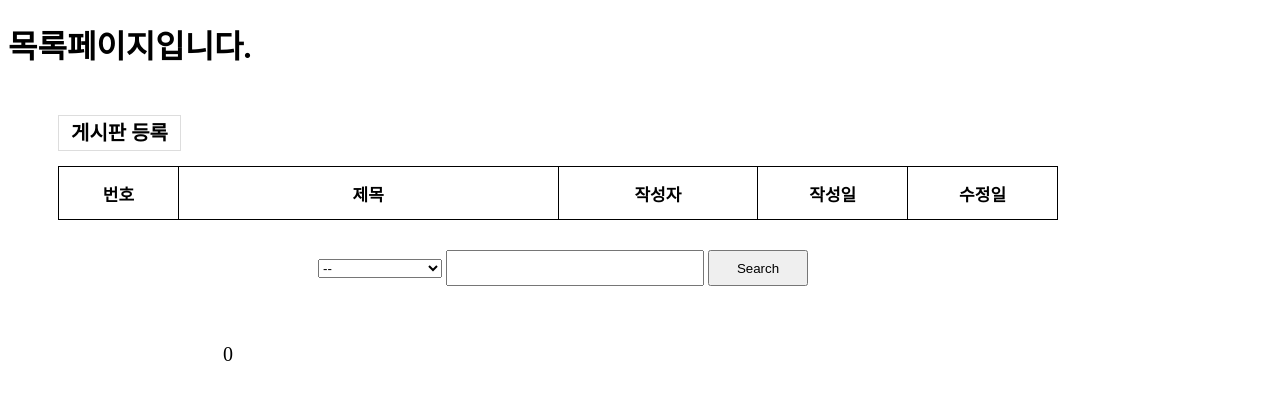
Repository: KwonIII/Board
Page: http://localhost/Koo_Board/WEB-INF/views/board/list.jsp
The author's editor kept a copy of each file at every save. The page is drawn from the files as they stood at one save, then again after the next save.
The browser window is 1280 px wide. The pictures show the whole page.
The page is served by Tomcat 9. Nobody is signed in. Other server files are loaded and not shown. The template is opened directly, without the code that normally fills it, so the values that code supplies are empty.

Above is the page before, as saved 2024-02-08 12:32:33.

### Koo_Board/src/main/webapp/WEB-INF/views/board/list.jsp
<%@ page language="java" contentType="text/html; charset=UTF-8"
	pageEncoding="UTF-8"%>
<%@ taglib uri="http://java.sun.com/jsp/jstl/core" prefix="c"%>
<!-- 라이브러리 코드 -->
<%@ taglib prefix="fmt" uri="http://java.sun.com/jsp/jstl/fmt"%>
<!DOCTYPE html>
<html>
<head>
<meta charset="UTF-8">
<title>Insert title here</title>
<script src="https://code.jquery.com/jquery-3.4.1.js"
	integrity="sha256-WpOohJOqMqqyKL9FccASB9O0KwACQJpFTUBLTYOVvVU="
	crossorigin="anonymous"></script>

<style>
a {
	text-decoration: none;
}

table {
	border-collapse: collapse;
	width: 1000px;
	margin-top: 20px;
	text-align: center;
}

td, th {
	border: 1px solid black;
	height: 50px;
}

th {
	font-size: 17px;
}

thead {
	font-weight: 700;
}

.table_wrap {
	margin: 50px 0 0 50px;
}

.bno_width {
	width: 12%;
}

.writer_width {
	width: 20%;
}

.regdate_width {
	width: 15%;
}

.updatedate_width {
	width: 15%;
}

.top_btn {
	font-size: 20px;
	padding: 6px 12px;
	background-color: #fff;
	border: 1px solid #ddd;
	font-weight: 600;
}

  .pageInfo{
      list-style : none;
      display: inline-block;
    margin: 50px 0 0 100px;
  }
  .pageInfo li{
      float: left;
    font-size: 20px;
    margin-left: 18px;
    padding: 7px;
    font-weight: 500;
  }
 a:link {color:black; text-decoration: none;}
 a:visited {color:black; text-decoration: none;}
 a:hover {color:black; text-decoration: underline;}
 .active{
 	background-color:#cdd5ec;
 }
  .search_area{
    display: inline-block;
    margin-top: 30px;
    margin-left: 260px;
  }
  .search_area input{
      height: 30px;
    width: 250px;
  }
  .search_area button{
     width: 100px;
    height: 36px;
  }
</style>
</head>
<body>
	<h1>목록페이지입니다.</h1>
	<div class="table_wrap">
		<a href="/board/enroll" class="top_btn">게시판 등록</a>
		<table>
			<thead>
				<tr>
					<th class="bno_width">번호</th>
					<th class="title_width">제목</th>
					<th class="writer_width">작성자</th>
					<th class="regdate_width">작성일</th>
					<th class="updatedate_width">수정일</th>
				</tr>
			</thead>
			<c:forEach items="${list}" var="list">
				<tr>
					<td><c:out value="${list.bno}" /></td>
					<td>
					<a class="move" href='<c:out value="${list.bno}"/>'>
						<c:out value="${list.title}" />
					</a>
					</td>
					<td><c:out value="${list.writer}" /></td>
					<td><fmt:formatDate pattern="yyyy/MM/dd"
							value="${list.regdate}" /></td>
					<td><fmt:formatDate pattern="yyyy/MM/dd"
							value="${list.updateDate}" /></td>
				</tr>
			</c:forEach>
		</table>

		<div class="search_wrap">
			<div class="search_area">
				<select name="type">
					<option value="" <c:out value="${pageMaker.cri.type == null?'selected':'' }"/>>--</option>
					<option value="" <c:out value="${pageMaker.cri.type eq 'T'?'selected':'' }"/>>제목</option>
					<option value="" <c:out value="${pageMaker.cri.type eq 'C'?'selected':'' }"/>>내용</option>
					<option value="" <c:out value="${pageMaker.cri.type eq 'W'?'selected':'' }"/>>작성자</option>
					<option value="" <c:out value="${pageMaker.cri.type eq 'TC'?'selected':'' }"/>>제목+내용</option>
					<option value="" <c:out value="${pageMaker.cri.type eq 'TW'?'selected':'' }"/>>제목+작성자</option>
					<option value="" <c:out value="${pageMaker.cri.type eq 'TCW'?'selected':'' }"/>>제목+내용+작성자</option>
				</select>
				<input type="text" name="keyword" value="${pageMaker.cri.keyword}">
				<button>Search</button>
			</div>
		</div>

		<div class="pageInfo_wrap">
			<div class="pageInfo_area">
				<ul id="pageInfo" class="pageInfo">

				<!-- 이전 페이지 버튼 -->
				<c:if test="${pageMaker.prev}">
					<li class = "pageInfo_btn previous"><a href="${pageMaker.startPage-1}">Previous</a></li>
				</c:if>

				<!-- 각 번호 페이지 버튼 -->
				<c:forEach var="num" begin="${pageMaker.startPage}" end="${pageMaker.endPage}">
					<li class="pageInfo_btn ${pageMaker.cri.pageNum == num ? "active":"" }"><a href="${num}">${num}</a></li>
				</c:forEach>

				<!-- 다음 페이지 버튼 -->
				<c:if test="${pageMaker.next}">
					<li class = "pageInfo_btn next"><a href="${pageMaker.endPage+1}">Next</a></li>
				</c:if>
				</ul>
			</div>
		</div>
		<form id="moveForm" method="get">
			<input type="hidden" name="pageNum" value="${pageMaker.cri.pageNum}">
			<input type="hidden" name="amount" value="${pageMaker.cri.amount}">
			<input type="hidden" name="keyword" value="${pageMaker.cri.keyword}">
			<input type="hidden" name="type" value="${pageMaker.cri.type}">

		</form>
	</div>

	<script>
		$(document).ready(function() {

			let result = '<c:out value ="${result}"/>';

			checkAlert(result);

			function checkAlert(result){
				if(result === ''){
					return;
				}

				if(result === "enroll success"){
					alert("등록이 완료되었습니다.");
				}

				if(result === "modify success"){
					alert("수정이 완료되었습니다.");
				}

				if(result === "delete success"){
					alert("삭제가 완료되었습니다.");
				}
			}
		});

		let moveForm = $("#moveForm");

		$(".move").on("click", function(e){
			e. preventDefault();

			moveForm.append("<input type='hidden' name='bno' value='"+ $(this).attr("href")+"'>");
			moveForm.attr("action","/board/get");
			moveForm.submit();

		});

		$(".pageInfo a").on("click",function(e){

			e.preventDefault();
			moveForm.find("input[name='pageNum']").val($(this).attr("href"));
			moveForm.attr("action","/board/list");
			moveForm.submit();
		});

		$(".search_area button").on("click",function(e){
			e.preventDefault();

			let tpye = $(".search_area select").val();
			let keyword = $(".search_area input[name='keyword']").val();

			if(!type){
				alert("검색 종류를 선택하세요");
				return false;
			}
			if(!keyword){
				alert("키워드를 입력하세요");
				return false;
			}

			moveForm.find("input[name='type']").val(type);
			moveForm.find("input[name='keyword']").val(keyword);
			moveForm.find("input[name='pageNum']").val(1);
			moveForm.submit();
		});
	</script>
</body>
</html>

After the next save:
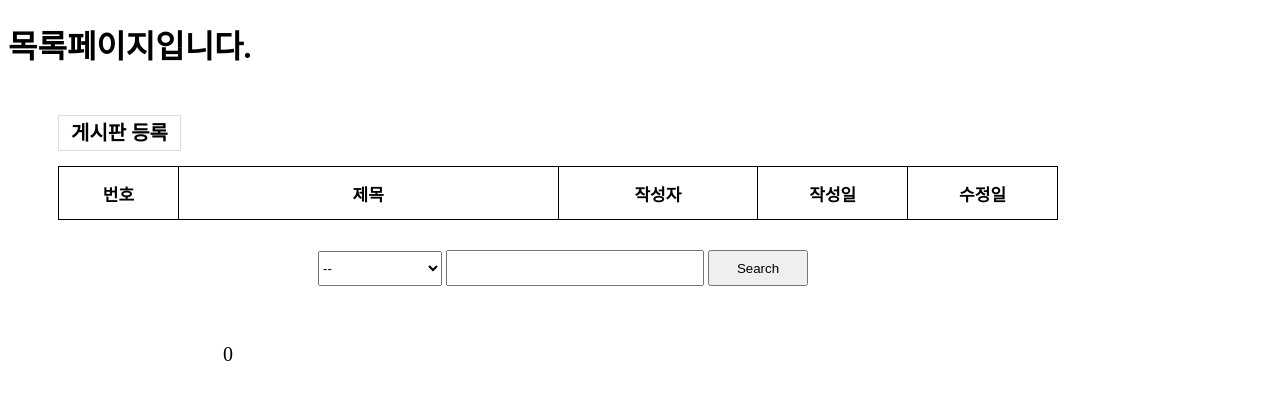
Saved 42 s later.
--- a/Koo_Board/src/main/webapp/WEB-INF/views/board/list.jsp
+++ b/Koo_Board/src/main/webapp/WEB-INF/views/board/list.jsp
@@ -95,6 +95,9 @@
   .search_area button{
      width: 100px;
     height: 36px;
+  }
+  .search_area select{
+  	height: 35px;
   }
 </style>
 </head>
